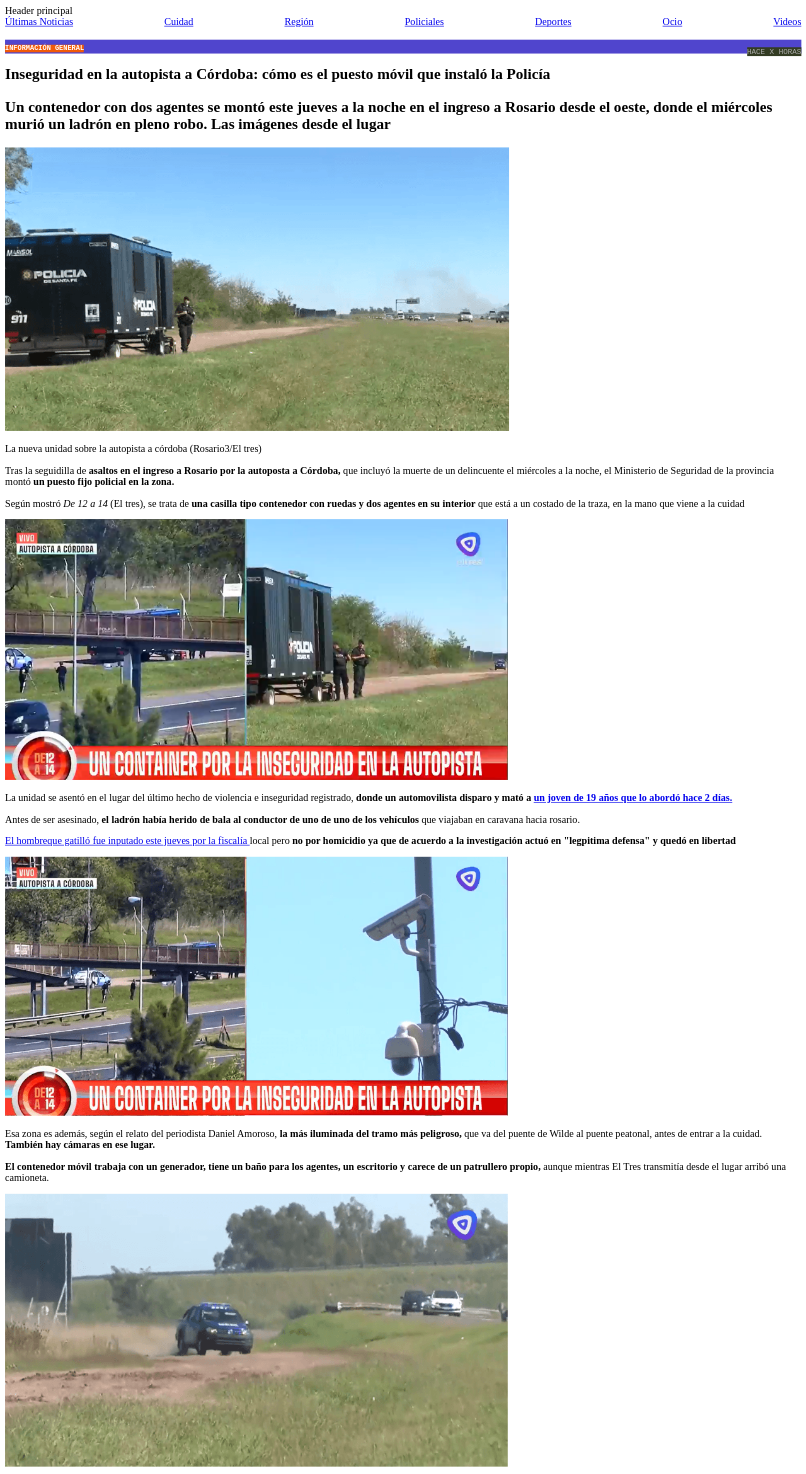
Repository: Larrowo/LPPA
Page: Clase 2/index.html
The author's editor kept a copy of each file at every save. The page is drawn from the files as they stood at one save, then again after the next save.
The browser window is 1280 px wide. The pictures show the whole page, at 63% of full size.

Above is the page before, as saved 2022-04-19 13:46:20.

After the next save:
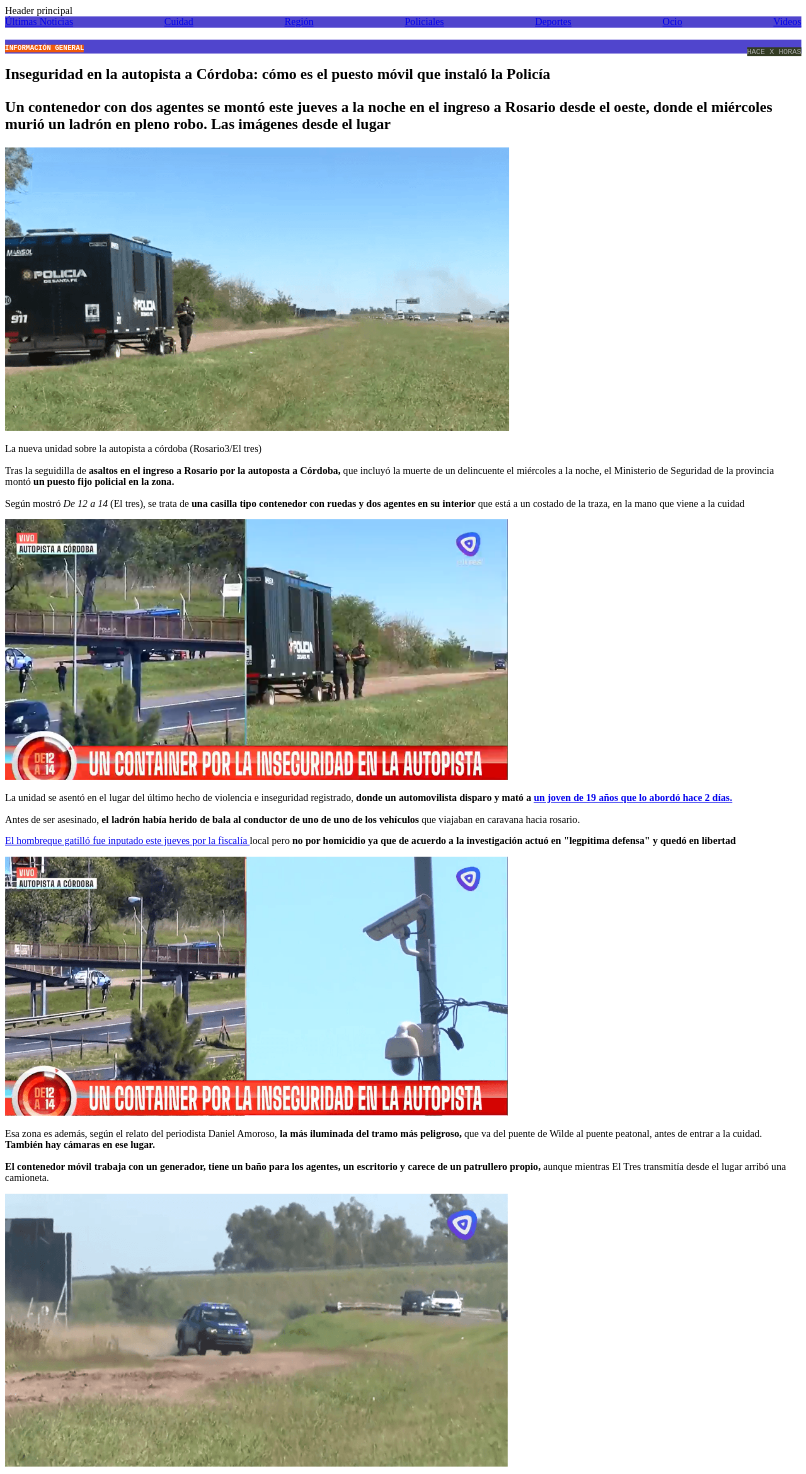
Saved 12 s later.
--- a/Clase 2/style.css
+++ b/Clase 2/style.css
@@ -27,4 +27,5 @@
     display: flex;
     align-items: center;
     justify-content: space-between;
+    background-color: #5045cd
 }
